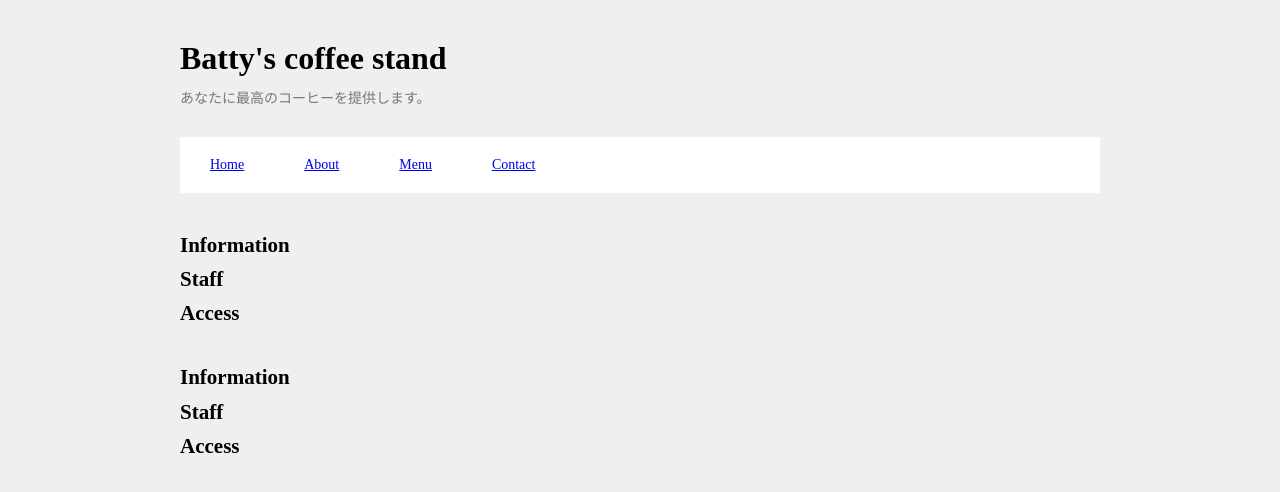
Repository: riharada/inventory
Page: html/batty_coffee_stand/index.html
The author's editor kept a record of every edit. The page is drawn from the files as they stood at one moment, then again after the next edit.
The browser window is 1280 px wide. The pictures show the whole page.

Above is the page before.

### html/batty_coffee_stand/index.html
<!DOCTYPE HTML>
<html>
  <head>
    <meta charset="UTF-8">
    <title>Batty's Coffee Stand</title>
    <link rel="stylesheet" href="css/normalize.css">
    <link rel="stylesheet" href="css/style.css">
  </head>
  <body>
    <header>
      <div class="container">
        <div class="header-title-area">
          <h1 class="logo">Batty's coffee stand</h1>
          <p class="text-sub">あなたに最高のコーヒーを提供します。</p>
        </div>
        <ul class="header-navigation">
          <li><a href="#">Home</a></li>
          <li><a href="#">About</a></li>
          <li><a href="#">Menu</a></li>
          <li><a href="#">Contact</a></li>
        </ul>
      </div>
    </header>
    <div class="main">
      <div class="container">
        <div class="card-contents">
          <h2 class="text-title">Information</h2>
        </div>
        <div class="card-contents">
          <h2 class="text-title">Staff</h2>
        </div>
        <div class="card-contents">
          <h2 class="text-title">Access</h2>
        </div>
      </div>
    </div>
    <div class="main">
      <div class="container">
        <div class="left-contents">
          <div class="card-contents">
            <h2 class="text-title">Information</h2>
          </div>
          <div class="card-contents">
            <h2 class="text-title">Staff</h2>
          </div>
          <div class="right-contents">
            <div class="card-contents">

            </div>
          </div>
            <h2 class="text-title">Access</h2>
          </div>
        </div>
      </div>
    </div>
  </body>
</html>

### html/batty_coffee_stand/css/style.css
body {
  background-color: #efefef;
  font-size: 14px;
  color #333;
  margin: 0;
}

h1,h2,h3,h4,h5 {
  margin: 0 0 10px 0;
  padding: 0;
}
header {
  margin-top: 20px;
}
.container {
  width: 920px;
  margin: 0 auto 40px auto;
}
.header-title-area {
  margin-top: 40px;
  margin-bottom: 30px;
}
.logo {
  font-size: 32px;
}
.text-sub {
  color: #777;
}
.header-navigation {
  width: 100%;
  background-color: #fff;
  padding: 20px 0;
}
.header-navigation:after {
  clear: both;
  display: block;
  content: " ";
}
.header-navigation li {
  float: left;
  padding: 0 30px;
  text-align: center;
  list-style-type: none;
}
.header-nabigation li a {
  color: #333;
  text-decoration: none;
}

Loaded but not shown: html/batty_coffee_stand/css/normalize.css (library)

After the next edit:
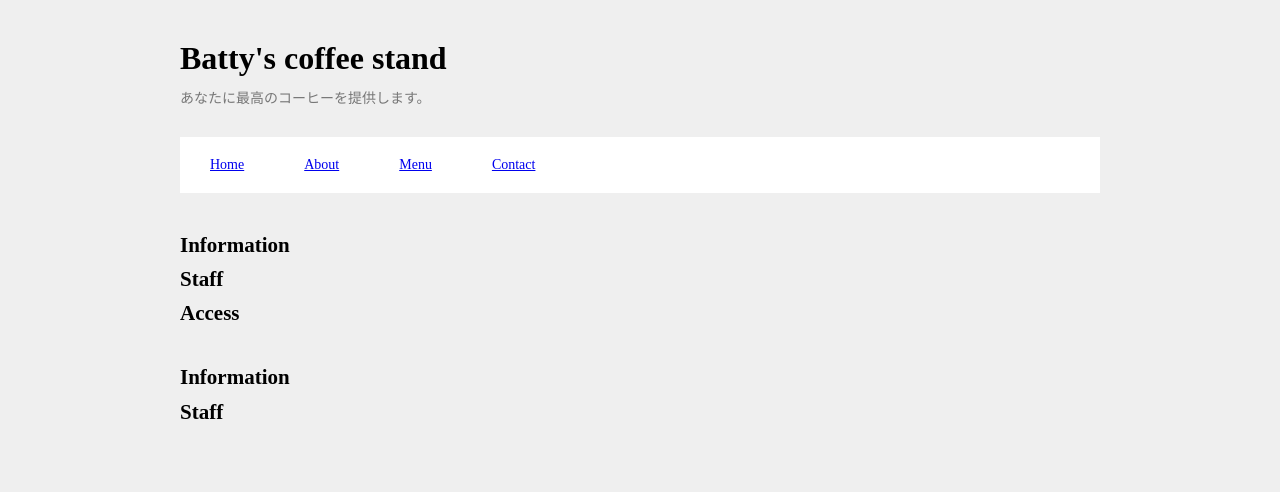
The edit:
--- a/html/batty_coffee_stand/index.html
+++ b/html/batty_coffee_stand/index.html
@@ -48,7 +48,7 @@
 
             </div>
           </div>
-            <h2 class="text-title">Access</h2>
+
           </div>
         </div>
       </div>

After the edit that followed:
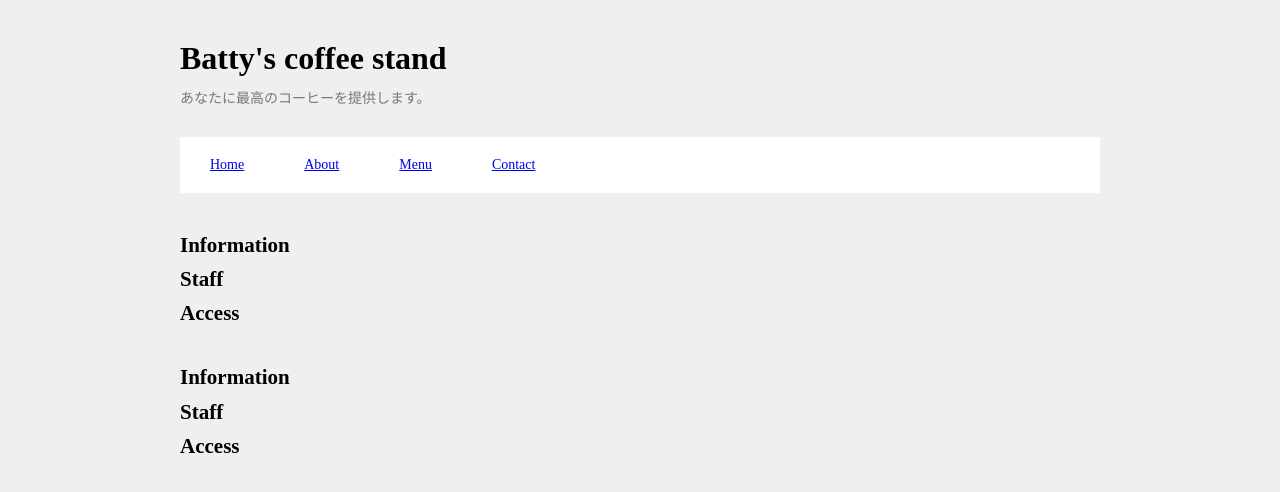
The edit:
--- a/html/batty_coffee_stand/index.html
+++ b/html/batty_coffee_stand/index.html
@@ -45,7 +45,7 @@
           </div>
           <div class="right-contents">
             <div class="card-contents">
-
+              <h2 class="text-title">Access</h2>
             </div>
           </div>
 
